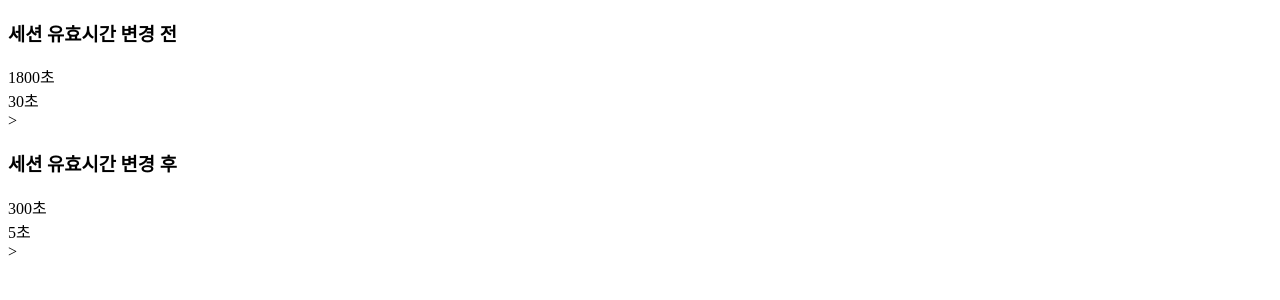
Repository: Leesuhwan1445/jspworks
Page: http://localhost/jweb01/session/timeout.jsp
These files come from the project's save history. The page is drawn as it stood at one moment and after the next save; the edit follows.
The browser window is 1280 px wide. The pictures show the whole page.
The page is served by Tomcat 10. Other server files are loaded and not shown.

Above is the page before, as saved 2025-10-13 02:55:35.

### jweb01/src/main/webapp/session/timeout.jsp
<%@ page language="java" contentType="text/html; charset=UTF-8"
    pageEncoding="UTF-8"%>
<!DOCTYPE html>
<html>
<head>
<meta charset="UTF-8">
<title>세션 유효시간 설정</title>
</head>
<body>
<h3> 세션 유효시간 변경 전</h3>

<%

	//30 * 60 = 180초
	int time = session.getMaxInactiveInterval();
	out.println(time + "초<br>");


	time = time / 60;
	out.println(time+ "초<br>");

%>>

<h3>세션 유효시간 변경 후</h3>
<%

	//유효시간 5분 설정
	session.setMaxInactiveInterval(5*60);

	time = session.getMaxInactiveInterval();
	out.println(time + "초<br>");


	time = time / 60;
	out.println(time+ "초<br>");

%>>
</body>
</html>

After the next save:
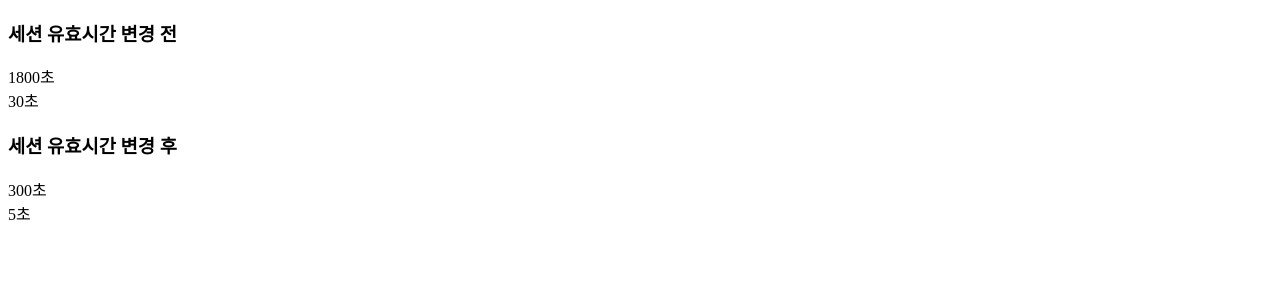
Saved 6 s later.
--- a/jweb01/src/main/webapp/session/timeout.jsp
+++ b/jweb01/src/main/webapp/session/timeout.jsp
@@ -19,7 +19,7 @@
 	time = time / 60;
 	out.println(time+ "초<br>");
 
-%>>
+%>
 
 <h3>세션 유효시간 변경 후</h3>
 <%
@@ -34,6 +34,6 @@
 	time = time / 60;
 	out.println(time+ "초<br>");
 
-%>>
+%>
 </body>
 </html>
